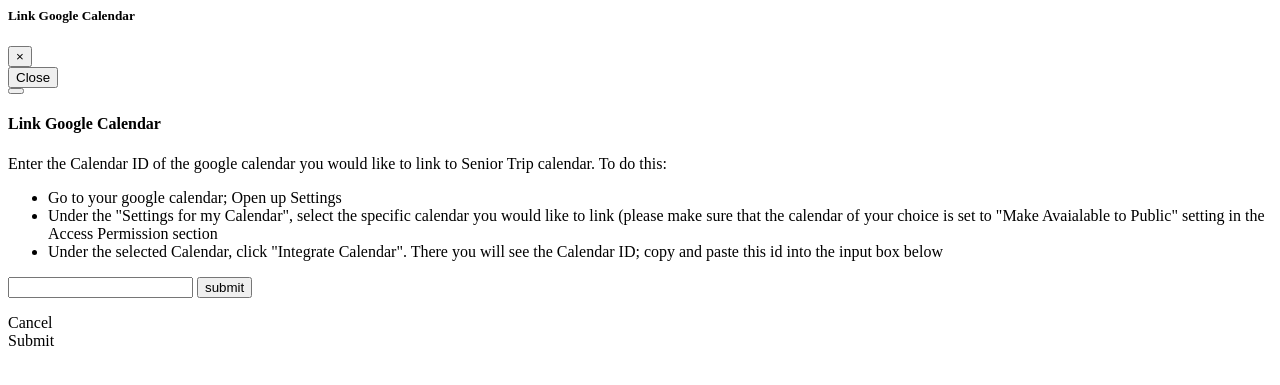
Repository: DavidGracias/florida_trip
Page: http://localhost/includes/modals/LinkCalModal.php
The author's editor kept a record of every edit. The page is drawn from the files as they stood at one moment, then again after the next edit.
The browser window is 1280 px wide. The pictures show the whole page.
The page is run by PHP 8.4 with error messages shown; the project is at /var/www/html/.

Above is the page before.

After the next edit:
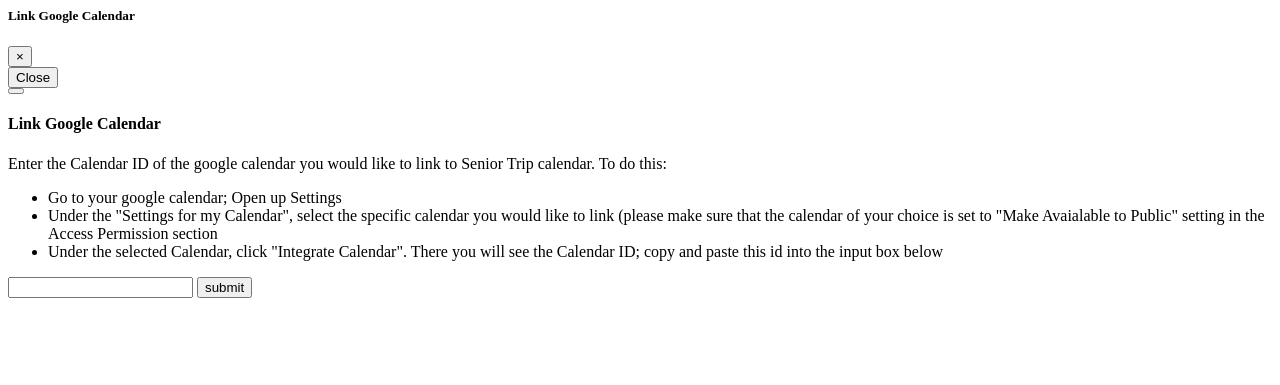
The edit:
--- a/includes/modals/LinkCalModal.php
+++ b/includes/modals/LinkCalModal.php
@@ -46,11 +46,6 @@
                      <input type='submit' value='submit' class='btn btn-primary'/>
                 </form>
             </div>
-            <div class="modal-footer">
-                <div class="btn btn-danger pull-right">Cancel</div>
-                <div class="btn btn-primary pull-left">Submit</div>
-                <div class="clear"></div>
-            </div>
         </div>
     </div>
 </div>
